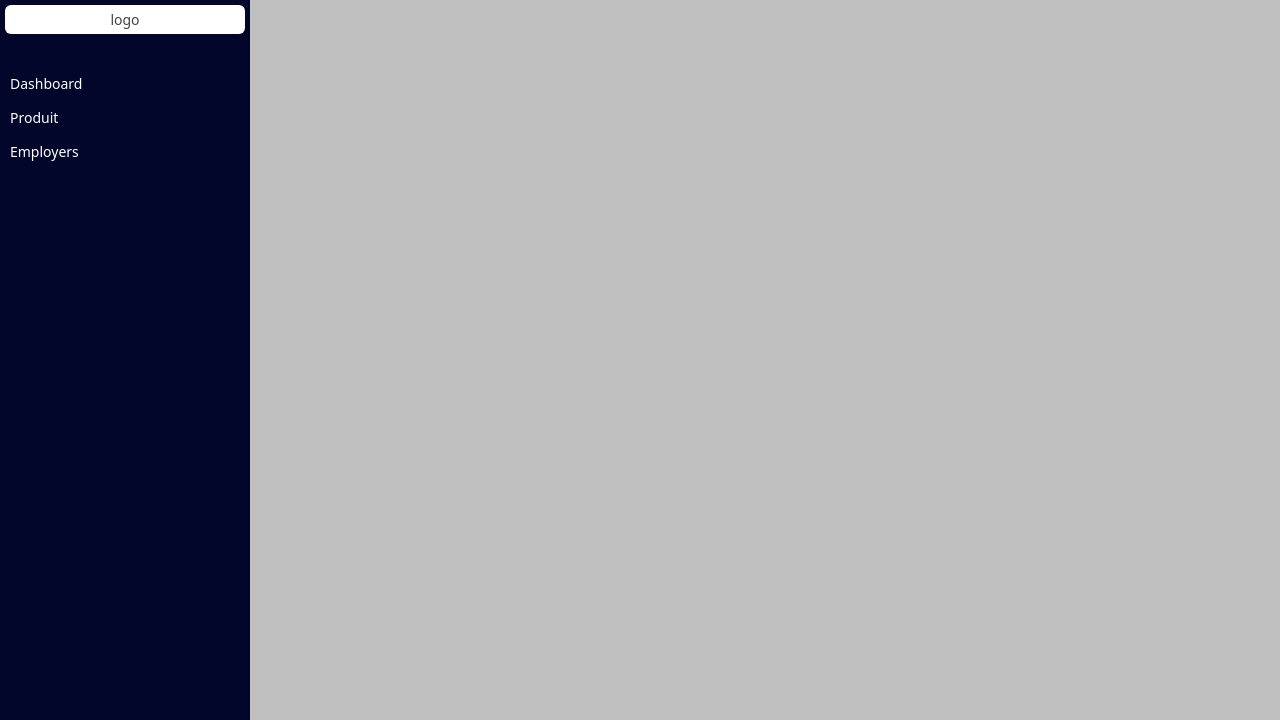
Repository: zpaulange/task_manager
Page: dashboard/index.html
An editor plug-in stored every save of this project. The page is shown before and after the next save, followed by the edit.
The browser window is 1280 px wide. The pictures show the whole page.

Above is the page before, as saved 2025-03-06 10:37:45.

After the next save:
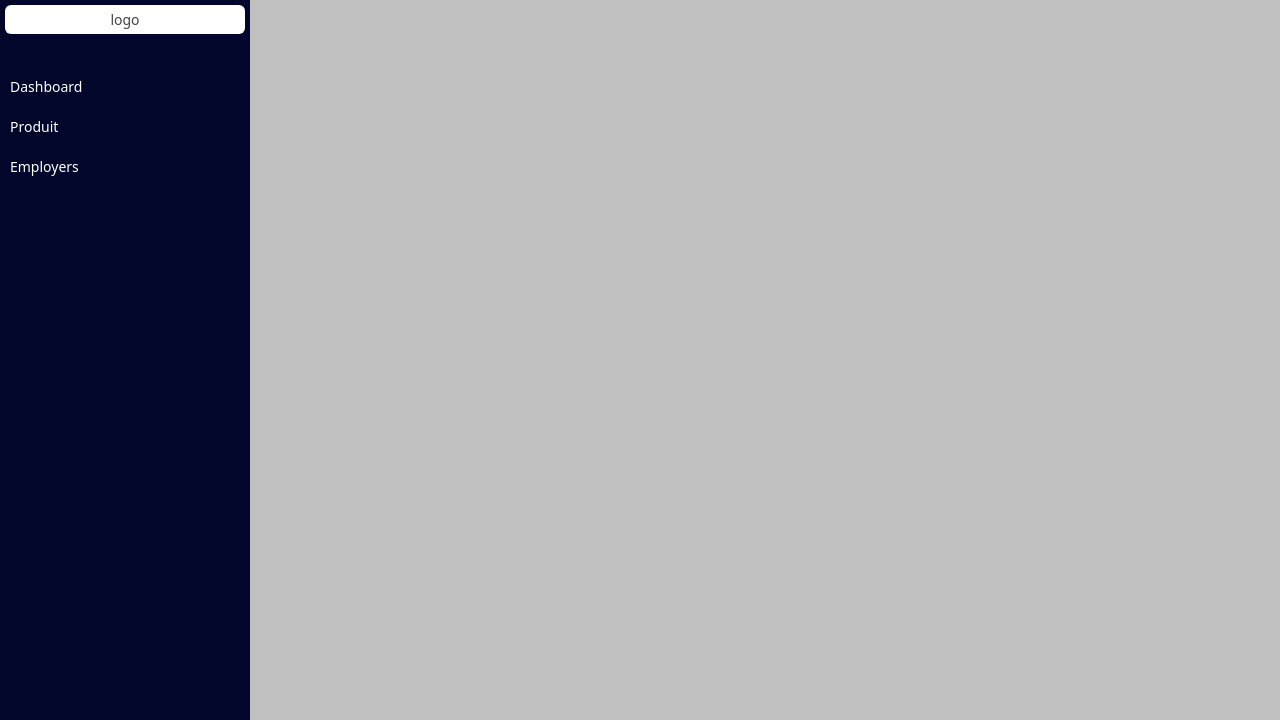
Saved 14 s later.
--- a/assets/styles/dashboard/style.css
+++ b/assets/styles/dashboard/style.css
@@ -54,7 +54,7 @@ ul li{
 .aside_list a{
   display: block;
   color:#fff;
-  padding:5px 10px;
+  padding:8px 10px;
   transition:.2s;
 }
 .aside_list a:hover{
